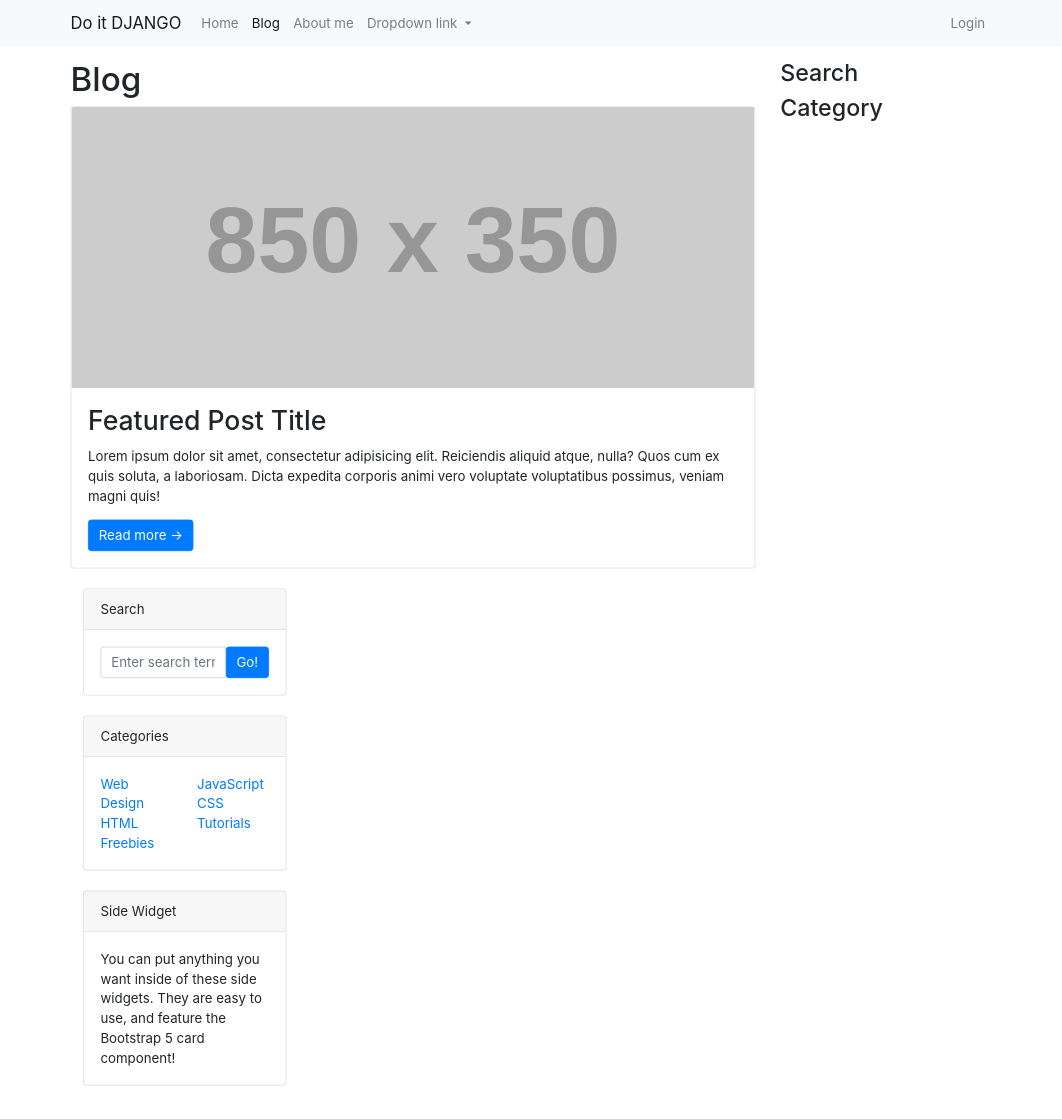
Repository: lwygold/do_it_ft
Page: blog_list.html
The author's editor kept a copy of each file at every save. The page is drawn from the files as they stood at one save, then again after the next save.
The browser window is 1280 px wide. The pictures show the whole page, at 83% of full size.

Above is the page before, as saved 2021-08-11 21:23:06.

After the next save:
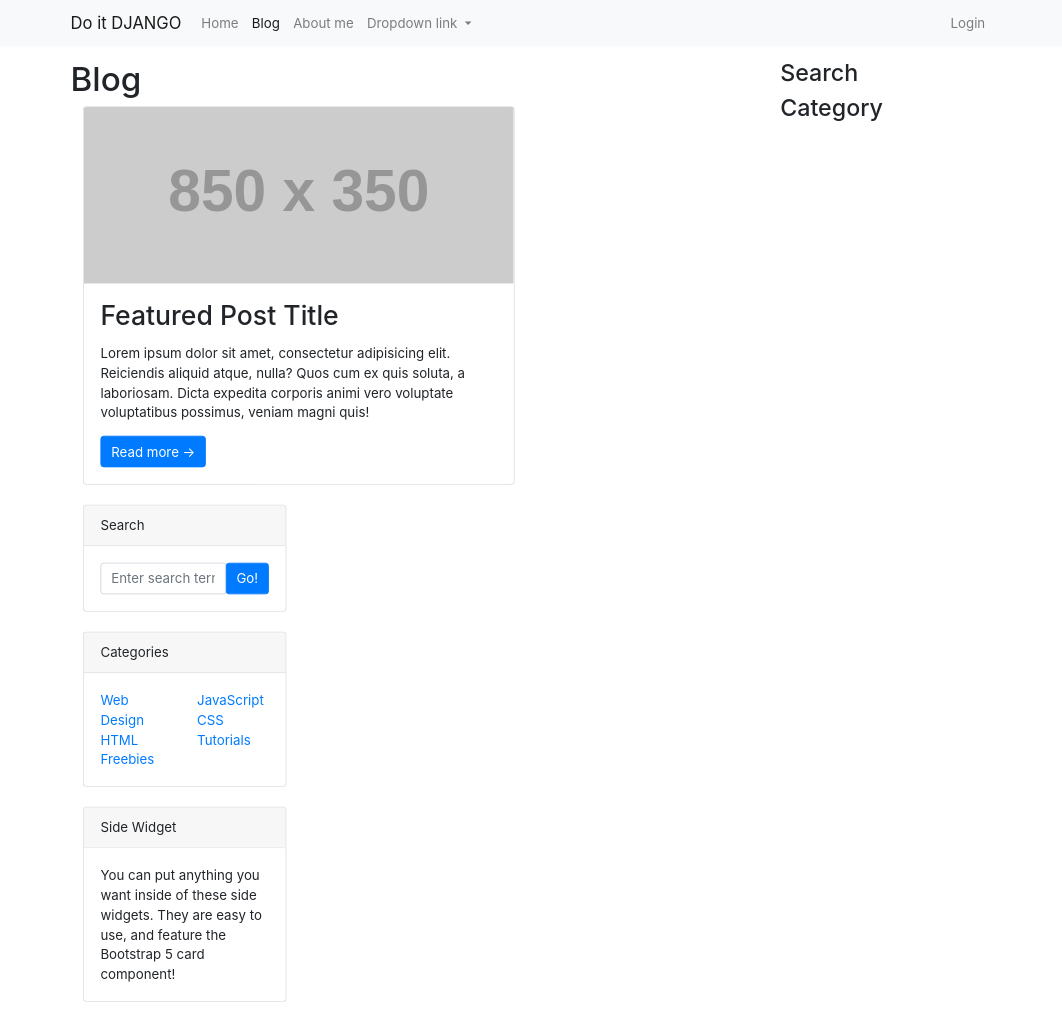
Saved 55 s later.
--- a/blog_list.html
+++ b/blog_list.html
@@ -57,12 +57,14 @@
             <div class="col-md-8 col-lg-9">
                 <h1>Blog</h1>
 
-                <div class="card mb-4">
-                    <a href="#!"><img class="card-img-top" src="https://dummyimage.com/850x350/dee2e6/6c757d.jpg" alt="..."></a>
-                    <div class="card-body">
-                        <h2 class="card-title">Featured Post Title</h2>
-                        <p class="card-text">Lorem ipsum dolor sit amet, consectetur adipisicing elit. Reiciendis aliquid atque, nulla? Quos cum ex quis soluta, a laboriosam. Dicta expedita corporis animi vero voluptate voluptatibus possimus, veniam magni quis!</p>
-                        <a class="btn btn-primary" href="#!">Read more →</a>
+                <div class="col-lg-8">
+                    <div class="card mb-4">
+                        <a href="#!"><img class="card-img-top" src="https://dummyimage.com/850x350/dee2e6/6c757d.jpg" alt="..."></a>
+                        <div class="card-body">
+                            <h2 class="card-title">Featured Post Title</h2>
+                            <p class="card-text">Lorem ipsum dolor sit amet, consectetur adipisicing elit. Reiciendis aliquid atque, nulla? Quos cum ex quis soluta, a laboriosam. Dicta expedita corporis animi vero voluptate voluptatibus possimus, veniam magni quis!</p>
+                            <a class="btn btn-primary" href="#!">Read more →</a>
+                        </div>
                     </div>
                 </div>
 
